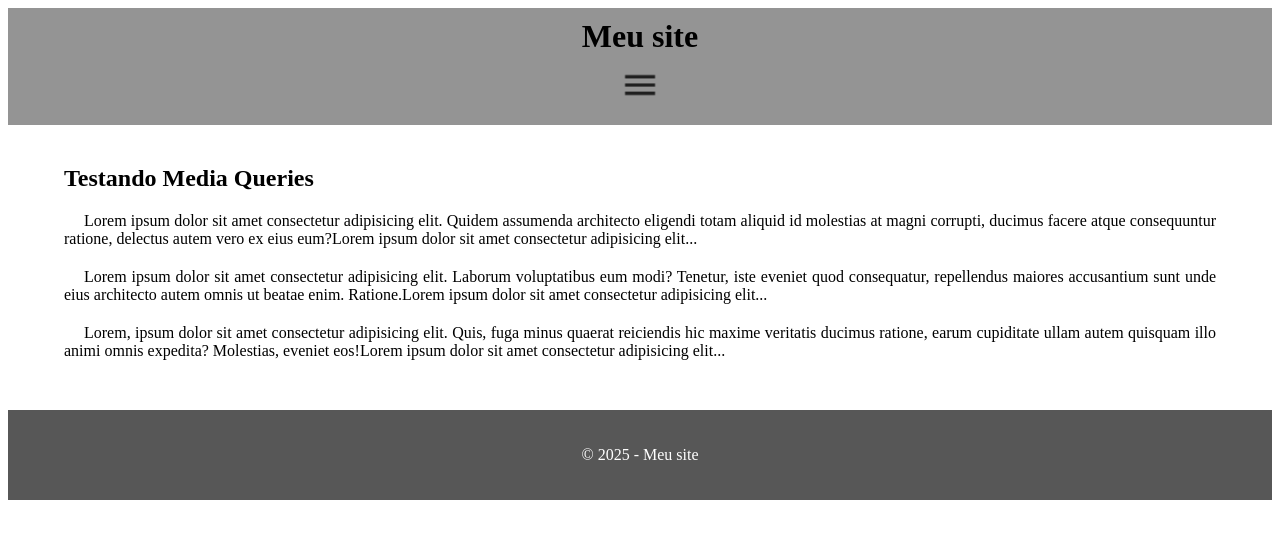
Repository: Sandro1969-tech/menu-hamburger
Page: index.html
These files come from the project's save history. The page is drawn as it stood at one moment and after a run of saves; the edit follows.
The browser window is 1280 px wide. The pictures show the whole page.

Above is the page before, as saved 2025-12-26 15:15:58.

After the next 2 saves:
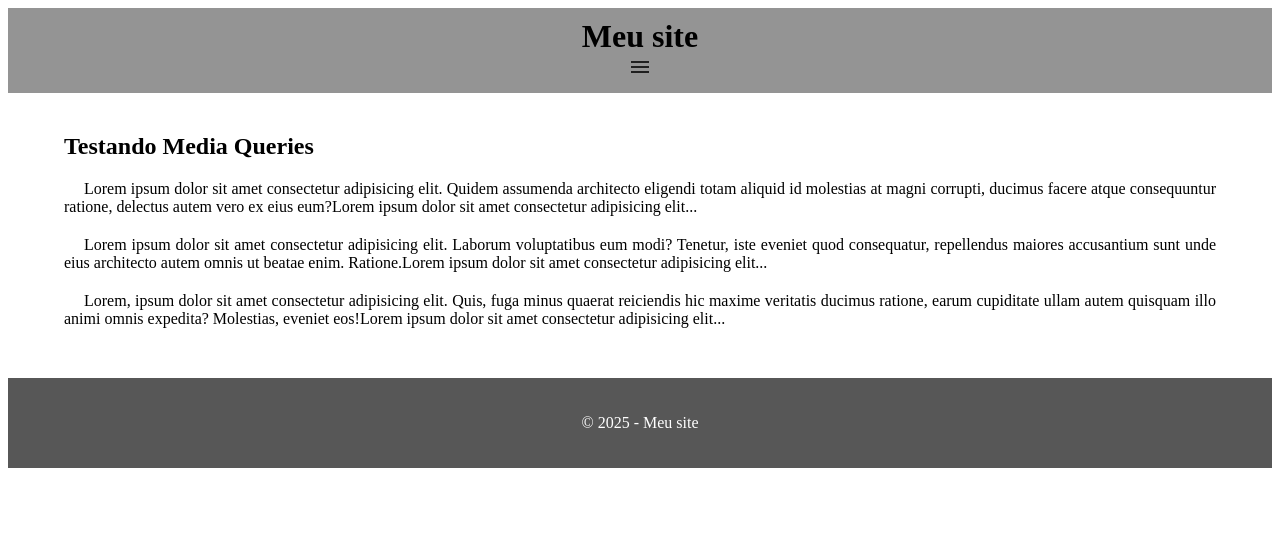
The 2 saves are shown as one change because they came seconds apart.
The last was saved 49 s later.
--- a/index.html
+++ b/index.html
@@ -5,6 +5,7 @@
   <meta name="viewport" content="width=device-width, initial-scale=1.0">
   <title>Media Queries</title>
   <style>
+    lionk
     .menu-icon {
       display: block;
       margin: 10px auto;
